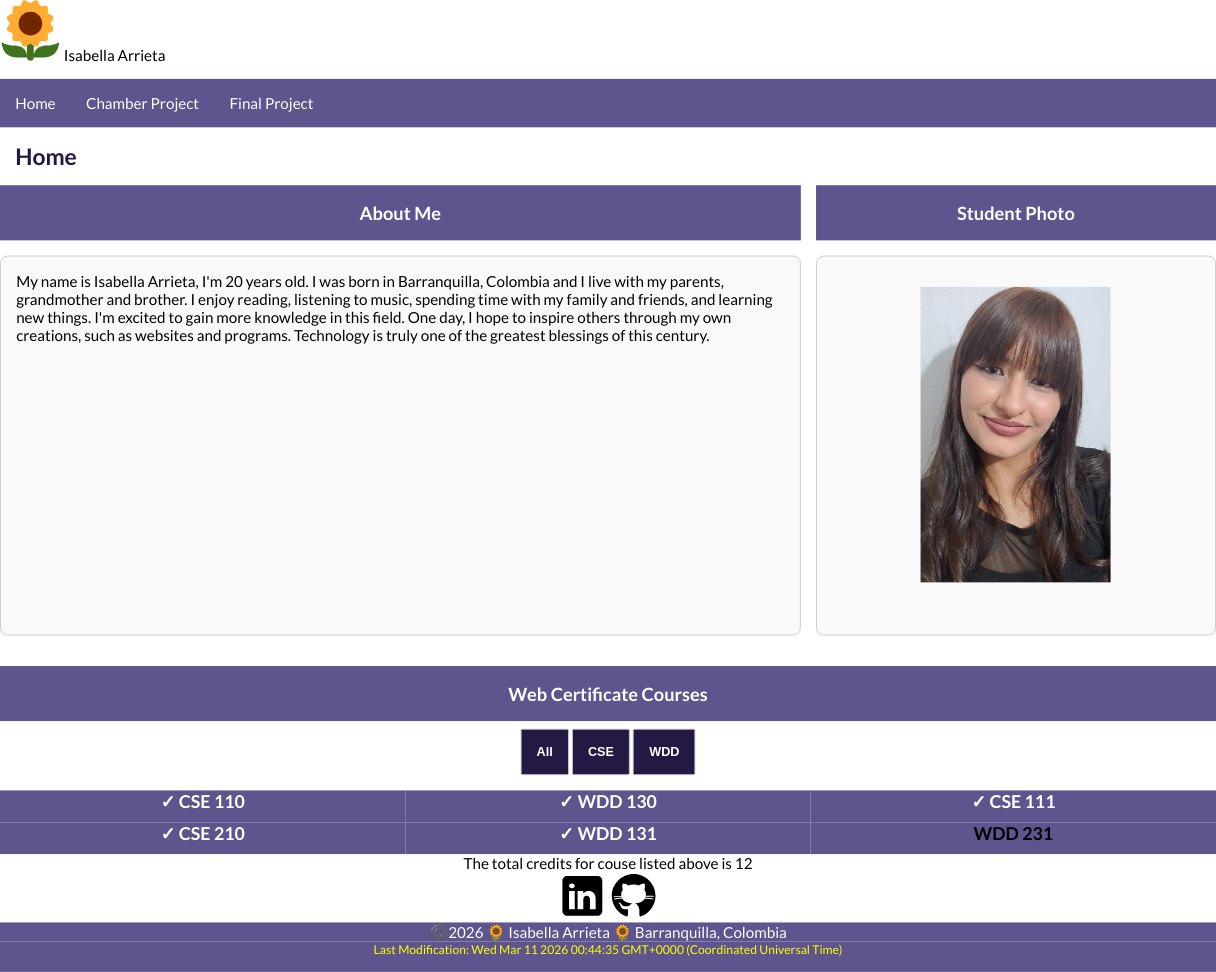
Repository: isaAJ05/wdd231
Page: index.html
These files come from the project's save history. The page is drawn as it stood at one moment and after a run of saves; the edit follows.
The browser window is 1280 px wide. The pictures show the whole page, at 95% of full size.
Some web fonts or font styles are not loaded; a fallback is used.

Above is the page before, as saved 2026-03-11 01:18:12.

After the next 2 saves:
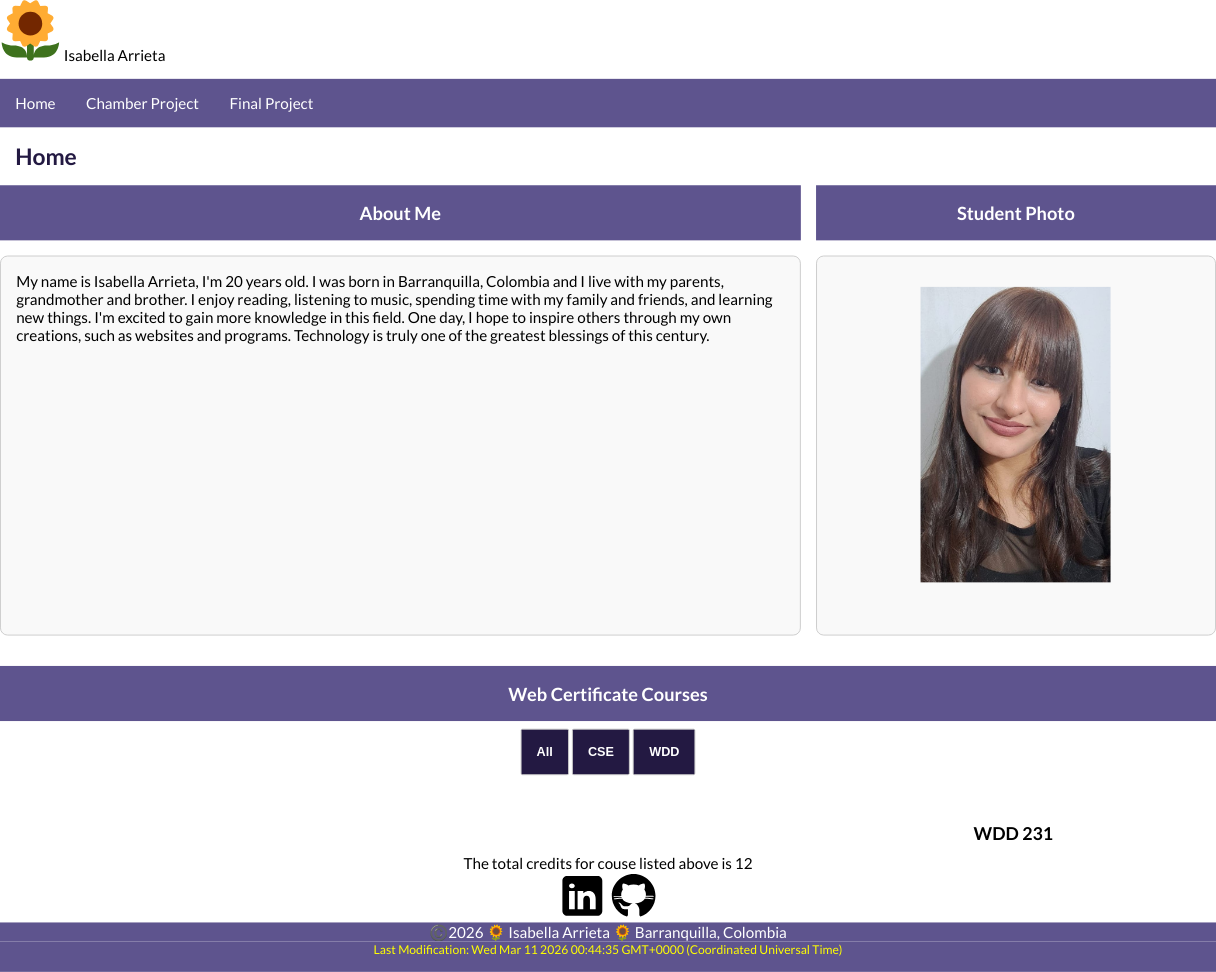
The 2 saves are shown as one change because they came seconds apart.
The last was saved 11 s later.
--- a/styles/normalize.css
+++ b/styles/normalize.css
@@ -130,15 +130,12 @@ nav {
 	height: 75px;
 	padding-top: 0.5rem;
 }
-.course-card{
-	background-color: var(--secondary-color);
-	color: #000;
-}
 .course-buttons button{
 	padding: .5rem 1rem;
 	border: none;
 	border-radius: 6px;
-	background-color: #ccc9dc;
+	background-color: var(--secondary-color);
+	color: #000;
 	cursor: pointer;
 	font-weight: 600;
 }
